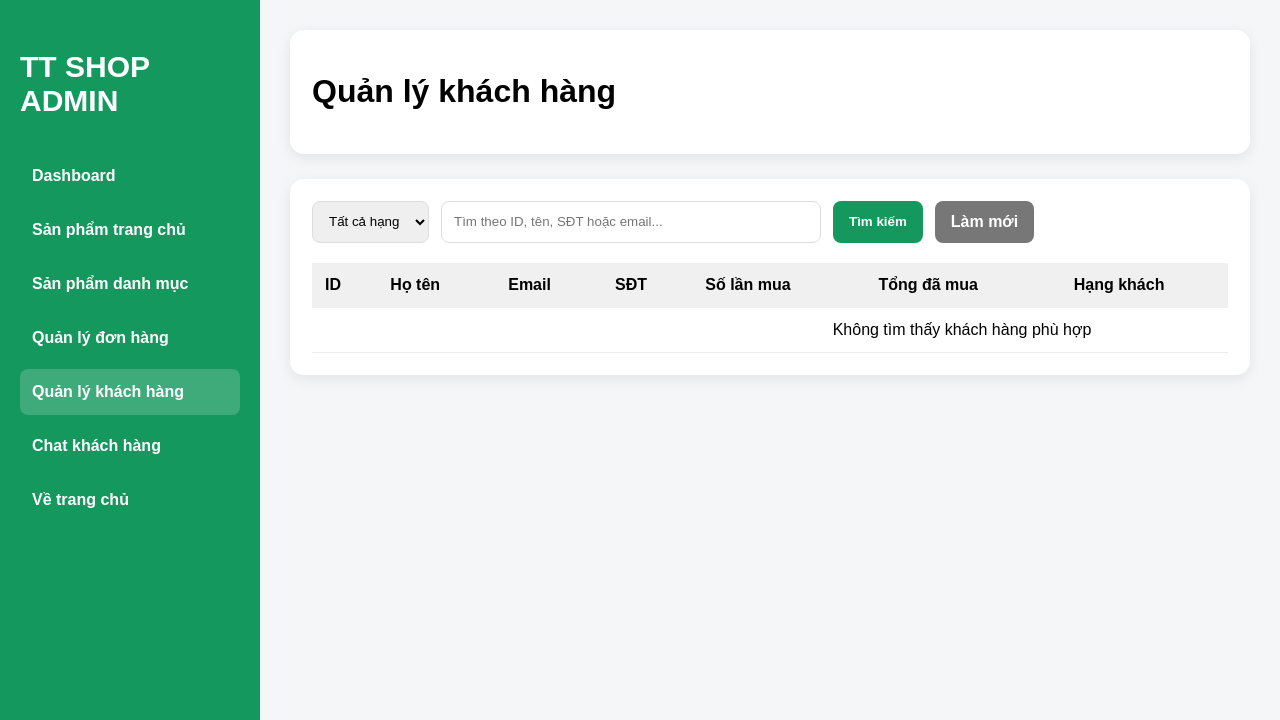
Repository: chuthimytam9a1920-ai/TTSHOP
Page: http://localhost/admin/customers.php
An editor plug-in stored every save of this project. The page is shown before and after the next save, followed by the edit.
The browser window is 1280 px wide. The pictures show the whole page.
The page is run by PHP 8.4 with error messages shown; the project is at /var/www/html/. The session is filled in as if someone had signed in: {"admin_login": true, "admin_id": 1, "admin_name": 1}. Other server files are loaded and not shown. Queries for data that is not in the repository find no rows.

Above is the page before, as saved 2026-05-18 23:37:14.

### admin/customers.php
<?php
include "check_admin.php";
include "../connect.php";

$keyword = trim($_GET['keyword'] ?? '');
$rankFilter = $_GET['rank'] ?? 'all';

$whereUser = "";

if ($keyword !== '') {
    $safeKeyword = mysqli_real_escape_string($conn, $keyword);

    if (is_numeric($keyword)) {
        $whereUser = "
            WHERE users.id = " . (int)$keyword . "
            OR users.sdt LIKE '%$safeKeyword%'
            OR CONCAT(users.ho, ' ', users.ten) LIKE '%$safeKeyword%'
            OR users.email LIKE '%$safeKeyword%'
        ";
    } else {
        $whereUser = "
            WHERE CONCAT(users.ho, ' ', users.ten) LIKE '%$safeKeyword%'
            OR users.ho LIKE '%$safeKeyword%'
            OR users.ten LIKE '%$safeKeyword%'
            OR users.email LIKE '%$safeKeyword%'
            OR users.sdt LIKE '%$safeKeyword%'
        ";
    }
}

$rankHaving = "";

if ($rankFilter !== 'all') {
    $safeRank = mysqli_real_escape_string($conn, $rankFilter);
    $rankHaving = "HAVING hang_khach = '$safeRank'";
}

$customers = mysqli_query($conn, "
    SELECT
        users.*,
        COUNT(donhang.id) AS so_lan_mua,
        COALESCE(SUM(donhang.tong_cong), 0) AS tong_da_mua,
        CASE
            WHEN COUNT(donhang.id) > 20 OR COALESCE(SUM(donhang.tong_cong), 0) >= 6000000 THEN 'Diamond'
            WHEN COUNT(donhang.id) >= 11 OR COALESCE(SUM(donhang.tong_cong), 0) >= 3000000 THEN 'Platinum'
            WHEN COUNT(donhang.id) >= 6 OR COALESCE(SUM(donhang.tong_cong), 0) >= 1500000 THEN 'Gold'
            WHEN COUNT(donhang.id) >= 3 OR COALESCE(SUM(donhang.tong_cong), 0) >= 500000 THEN 'Silver'
            ELSE 'Member'
        END AS hang_khach
    FROM users
    LEFT JOIN donhang ON donhang.user_id = users.id
    $whereUser
    GROUP BY users.id
    $rankHaving
    ORDER BY users.id DESC
");

function goiYChamSoc($hang) {
    switch ($hang) {
        case 'Diamond':
            return 'Chăm sóc VIP, quà tặng riêng';
        case 'Platinum':
            return 'Voucher 15% + freeship';
        case 'Gold':
            return 'Voucher 10% + ưu tiên tư vấn';
        case 'Silver':
            return 'Gửi voucher 5%';
        default:
            return 'Gửi mã giảm giá mua lại';
    }
}
?>
<!DOCTYPE html>
<html lang="vi">
<head>
    <meta charset="UTF-8">
    <title>Quản lý khách hàng</title>

    <style>
        *{box-sizing:border-box}
        body{margin:0;font-family:Arial;background:#f4f6f8}
        .layout{display:grid;grid-template-columns:260px minmax(0,1fr);min-height:100vh}
        .sidebar{background:#15985d;color:white;padding:25px 20px}
        .sidebar h2{font-size:30px;margin-bottom:35px}
        .sidebar a{display:block;color:white;text-decoration:none;padding:14px 12px;border-radius:8px;margin-bottom:8px;font-weight:bold}
        .sidebar a:hover,.sidebar a.active{background:rgba(255,255,255,.18)}
        .main{padding:30px;min-width:0}
        .topbar,.box{background:white;border-radius:14px;padding:22px;box-shadow:0 4px 14px rgba(0,0,0,.08)}
        .topbar{margin-bottom:25px}
        .filter-bar{display:flex;gap:12px;align-items:center;margin-bottom:20px;flex-wrap:wrap}
        .filter-bar select,.filter-bar input{height:42px;border:1px solid #ddd;border-radius:8px;padding:0 12px}
        .filter-bar input{width:380px}
        .filter-bar button,.filter-bar a{height:42px;display:inline-flex;align-items:center;justify-content:center;padding:0 16px;border-radius:8px;border:0;font-weight:bold;text-decoration:none;cursor:pointer}
        .filter-bar button{background:#15985d;color:white}
        .filter-bar a{background:#777;color:white}
        .table-wrap{width:100%;overflow-x:auto}
        table{width:100%;min-width:1300px;border-collapse:collapse}
        th,td{padding:13px;border-bottom:1px solid #eee;text-align:left;vertical-align:middle}
        th{background:#f0f0f0}
        .detail{color:#0b72e7;font-weight:bold;text-decoration:none}
        .delete{color:red;font-weight:bold;text-decoration:none}
        .buy-count{background:#dff7ff;color:#0072a3;padding:6px 12px;border-radius:20px;font-weight:bold}
        .rank{display:inline-block;padding:7px 12px;border-radius:20px;font-weight:bold}
        .Member{background:#e9f7ef;color:#15985d}
        .Silver{background:#eeeeee;color:#666}
        .Gold{background:#fff0c7;color:#b66a00}
        .Platinum{background:#e8f1ff;color:#0b72e7}
        .Diamond{background:#ffe1f1;color:#c2185b}
    </style>
</head>

<body>

<div class="layout">

<?php
$page = "customers";
include "sidebar.php";
?>

    <main class="main">
        <div class="topbar">
            <h1>Quản lý khách hàng</h1>
        </div>

        <div class="box">

            <form method="GET" class="filter-bar">
                <select name="rank">
                    <option value="all" <?php echo ($rankFilter == 'all') ? 'selected' : ''; ?>>Tất cả hạng</option>
                    <option value="Member" <?php echo ($rankFilter == 'Member') ? 'selected' : ''; ?>>Member</option>
                    <option value="Silver" <?php echo ($rankFilter == 'Silver') ? 'selected' : ''; ?>>Silver</option>
                    <option value="Gold" <?php echo ($rankFilter == 'Gold') ? 'selected' : ''; ?>>Gold</option>
                    <option value="Platinum" <?php echo ($rankFilter == 'Platinum') ? 'selected' : ''; ?>>Platinum</option>
                    <option value="Diamond" <?php echo ($rankFilter == 'Diamond') ? 'selected' : ''; ?>>Diamond</option>
                </select>

                <input
                    type="text"
                    name="keyword"
                    placeholder="Tìm theo ID, tên, SĐT hoặc email..."
                    value="<?php echo htmlspecialchars($keyword); ?>"
                >

                <button type="submit">Tìm kiếm</button>
                <a href="customers.php">Làm mới</a>
            </form>

            <div class="table-wrap">
                <table>
                    <thead>
                        <tr>
                            <th>ID</th>
                            <th>Họ tên</th>
                            <th>Email</th>
                            <th>SĐT</th>
                            <th>Số lần mua</th>
                            <th>Tổng đã mua</th>
                            <th>Hạng khách</th>
                            <th>Gợi ý chăm sóc</th>
                            <th>Thao tác</th>
                        </tr>
                    </thead>

                    <tbody>
                        <?php if ($customers && mysqli_num_rows($customers) > 0) { ?>
                            <?php while ($row = mysqli_fetch_assoc($customers)) {
                                $hang = $row['hang_khach'];
                            ?>
                                <tr>
                                    <td><?php echo (int)$row['id']; ?></td>
                                    <td><?php echo htmlspecialchars(($row['ho'] ?? '') . ' ' . ($row['ten'] ?? '')); ?></td>
                                    <td><?php echo htmlspecialchars($row['email'] ?? ''); ?></td>
                                    <td><?php echo htmlspecialchars($row['sdt'] ?? ''); ?></td>
                                    <td><span class="buy-count"><?php echo (int)$row['so_lan_mua']; ?></span></td>
                                    <td><?php echo number_format((int)$row['tong_da_mua'], 0, ',', '.'); ?>đ</td>
                                    <td><span class="rank <?php echo htmlspecialchars($hang); ?>"><?php echo htmlspecialchars($hang); ?></span></td>
                                    <td><?php echo htmlspecialchars(goiYChamSoc($hang)); ?></td>
                                    <td>
                                        <a class="detail" href="customer_detail.php?id=<?php echo (int)$row['id']; ?>">Chi tiết</a>
                                        |
                                        <a class="delete" href="delete_customer.php?id=<?php echo (int)$row['id']; ?>" onclick="return confirm('Xóa khách hàng này?')">Xóa</a>
                                    </td>
                                </tr>
                            <?php } ?>
                        <?php } else { ?>
                            <tr>
                                <td colspan="9" style="text-align:center;">Không tìm thấy khách hàng phù hợp</td>
                            </tr>
                        <?php } ?>
                    </tbody>
                </table>
            </div>

        </div>
    </main>

</div>

</body>
</html>

### admin/check_admin.php
<?php
if (session_status() === PHP_SESSION_NONE) {
    session_start();
}

if (!isset($_SESSION['admin_login']) || $_SESSION['admin_login'] !== true) {
    header("Location: login.php");
    exit();
}
?>

### connect.php
<?php
$servername = "localhost";
$username = "root"; // Mặc định của XAMPP
$password = "";     // Mặc định XAMPP để trống
$dbname = "ttshop";

$conn = mysqli_connect($servername, $username, $password, $dbname);

if (!$conn) {
    die("Kết nối thất bại: " . mysqli_connect_error());
}
// Thiết lập tiếng Việt có dấu
mysqli_set_charset($conn, "utf8");
?>

### admin/sidebar.php
<aside class="sidebar">

    <h2>TT SHOP ADMIN</h2>

    <a href="index.php"
       class="<?php echo ($page == 'dashboard') ? 'active' : ''; ?>">
        Dashboard
    </a>

    <a href="products.php"
       class="<?php echo ($page == 'products') ? 'active' : ''; ?>">
        Sản phẩm trang chủ
    </a>

    <a href="category_products.php"
       class="<?php echo ($page == 'category_products') ? 'active' : ''; ?>">
        Sản phẩm danh mục
    </a>

    <a href="orders.php"
       class="<?php echo ($page == 'orders') ? 'active' : ''; ?>">
        Quản lý đơn hàng
    </a>

<a href="customers.php" class="<?php echo ($page == 'customers') ? 'active' : ''; ?>">
    Quản lý khách hàng
</a>
<a href="chat.php"
   class="<?php echo ($page == 'chat') ? 'active' : ''; ?>">
    Chat khách hàng
</a>
    <a href="../index.php">
        Về trang chủ
    </a>

</aside>

After the next save:
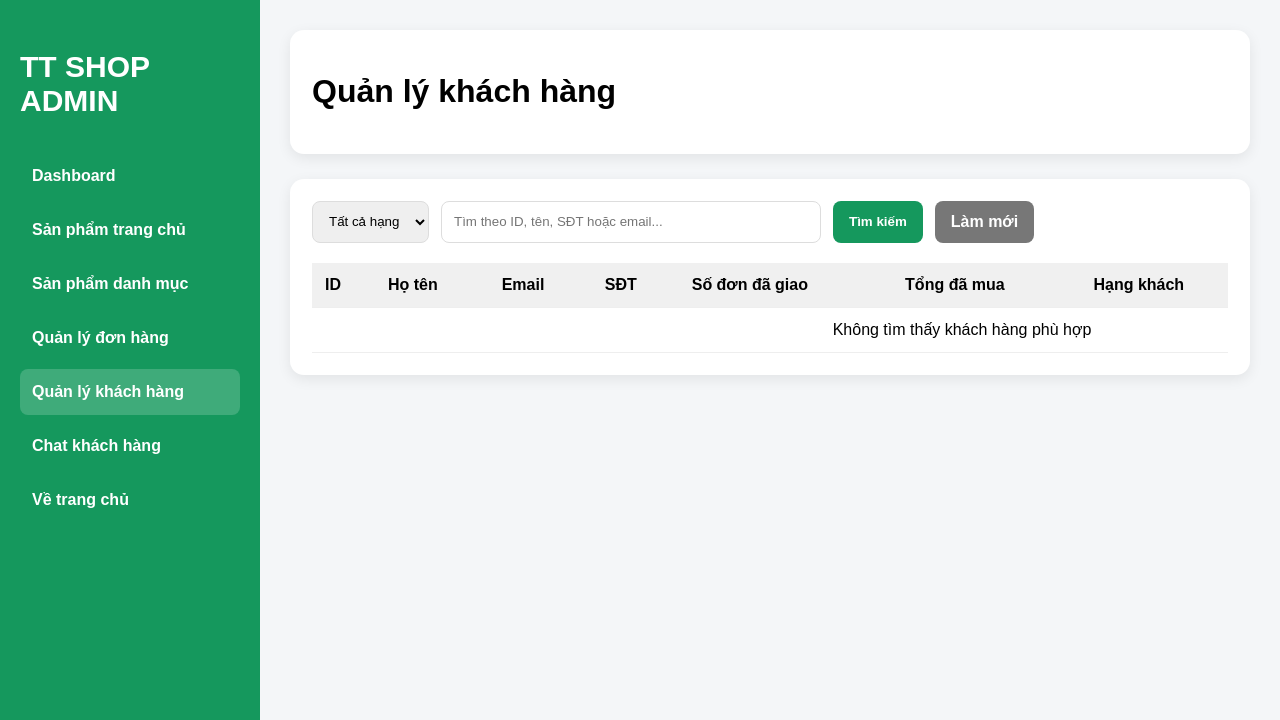
Saved 42 h 4 min later.
--- a/admin/customers.php
+++ b/admin/customers.php
@@ -38,15 +38,42 @@ if ($rankFilter !== 'all') {
 $customers = mysqli_query($conn, "
     SELECT
         users.*,
-        COUNT(donhang.id) AS so_lan_mua,
-        COALESCE(SUM(donhang.tong_cong), 0) AS tong_da_mua,
+
+        COUNT(
+            CASE
+                WHEN donhang.trang_thai = 'Đã giao'
+                THEN donhang.id
+            END
+        ) AS so_lan_mua,
+
+        COALESCE(SUM(
+            CASE
+                WHEN donhang.trang_thai = 'Đã giao'
+                THEN donhang.tong_cong
+                ELSE 0
+            END
+        ), 0) AS tong_da_mua,
+
         CASE
-            WHEN COUNT(donhang.id) > 20 OR COALESCE(SUM(donhang.tong_cong), 0) >= 6000000 THEN 'Diamond'
-            WHEN COUNT(donhang.id) >= 11 OR COALESCE(SUM(donhang.tong_cong), 0) >= 3000000 THEN 'Platinum'
-            WHEN COUNT(donhang.id) >= 6 OR COALESCE(SUM(donhang.tong_cong), 0) >= 1500000 THEN 'Gold'
-            WHEN COUNT(donhang.id) >= 3 OR COALESCE(SUM(donhang.tong_cong), 0) >= 500000 THEN 'Silver'
+            WHEN COUNT(CASE WHEN donhang.trang_thai = 'Đã giao' THEN donhang.id END) > 20
+              OR COALESCE(SUM(CASE WHEN donhang.trang_thai = 'Đã giao' THEN donhang.tong_cong ELSE 0 END), 0) >= 6000000
+            THEN 'Diamond'
+
+            WHEN COUNT(CASE WHEN donhang.trang_thai = 'Đã giao' THEN donhang.id END) >= 11
+              OR COALESCE(SUM(CASE WHEN donhang.trang_thai = 'Đã giao' THEN donhang.tong_cong ELSE 0 END), 0) >= 3000000
+            THEN 'Platinum'
+
+            WHEN COUNT(CASE WHEN donhang.trang_thai = 'Đã giao' THEN donhang.id END) >= 6
+              OR COALESCE(SUM(CASE WHEN donhang.trang_thai = 'Đã giao' THEN donhang.tong_cong ELSE 0 END), 0) >= 1500000
+            THEN 'Gold'
+
+            WHEN COUNT(CASE WHEN donhang.trang_thai = 'Đã giao' THEN donhang.id END) >= 3
+              OR COALESCE(SUM(CASE WHEN donhang.trang_thai = 'Đã giao' THEN donhang.tong_cong ELSE 0 END), 0) >= 500000
+            THEN 'Silver'
+
             ELSE 'Member'
         END AS hang_khach
+
     FROM users
     LEFT JOIN donhang ON donhang.user_id = users.id
     $whereUser
@@ -154,7 +181,7 @@ include "sidebar.php";
                             <th>Họ tên</th>
                             <th>Email</th>
                             <th>SĐT</th>
-                            <th>Số lần mua</th>
+                            <th>Số đơn đã giao</th>
                             <th>Tổng đã mua</th>
                             <th>Hạng khách</th>
                             <th>Gợi ý chăm sóc</th>
